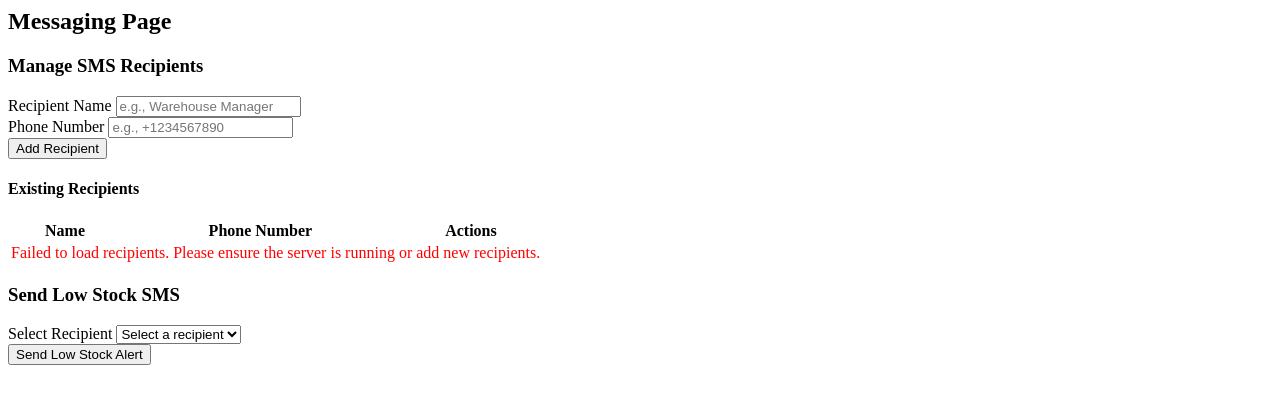
Repository: AdrianLeAsian/InventorySystem
Page: http://localhost/pages/messaging.php
These files come from the project's save history. The page is drawn as it stood at one moment and after the next save; the edit follows.
The browser window is 1280 px wide. The pictures show the whole page.
The page is run by PHP 8.4 with error messages shown; the project is at /var/www/html/.

Above is the page before, as saved 2025-07-16 12:00:50.

### pages/messaging.php
<div class="page">
    <div class="card">
        <div class="card__header">
            <h2 class="card__title">Messaging Page</h2>
        </div>
        <div class="card__body">
            <div class="card mb-4">
                <div class="card__header">
                    <h3 class="card__title">Manage SMS Recipients</h3>
                </div>
                <div class="card__body">
                    <form class="form" id="addRecipientForm">
                        <div class="form__row">
                            <div class="form__group col-6">
                                <label class="form__label" for="newRecipientName">Recipient Name</label>
                                <input type="text" id="newRecipientName" class="form__input" placeholder="e.g., Warehouse Manager" required>
                            </div>
                            <div class="form__group col-6">
                                <label class="form__label" for="newRecipientPhoneNumber">Phone Number</label>
                                <input type="tel" id="newRecipientPhoneNumber" class="form__input" placeholder="e.g., +1234567890" pattern="^\+?[0-9]{10,15}$" required>
                            </div>
                        </div>
                        <div class="d-flex justify-content-end mt-3">
                            <button type="submit" class="btn btn--primary">Add Recipient</button>
                        </div>
                    </form>
                    <div id="addRecipientStatusMessage" class="mt-3" style="display: none;"></div>

                    <h4 class="mt-4">Existing Recipients</h4>
                    <div class="table-responsive">
                        <table class="table table--striped">
                            <thead>
                                <tr>
                                    <th>Name</th>
                                    <th>Phone Number</th>
                                    <th>Actions</th>
                                </tr>
                            </thead>
                            <tbody id="recipientsTableBody">
                                <!-- Recipients will be loaded here by JavaScript -->
                            </tbody>
                        </table>
                    </div>
                </div>
            </div>

            <div class="card">
                <div class="card__header">
                    <h3 class="card__title">Send Low Stock SMS</h3>
                </div>
                <div class="card__body">
                    <div class="form__group">
                        <label class="form__label" for="smsRecipientSelect">Select Recipient</label>
                        <select id="smsRecipientSelect" class="form__input" required>
                            <option value="">Select a recipient</option>
                            <!-- Options will be loaded here by JavaScript -->
                        </select>
                    </div>
                    <div class="d-flex justify-content-end mt-4">
                        <button type="button" id="sendLowStockSmsBtn" class="btn btn--primary">Send Low Stock Alert</button>
                    </div>
                    <div id="smsStatusMessage" class="mt-3" style="display: none;"></div>
                </div>
            </div>
        </div>
    </div>
</div>
<script src="js/messaging.js"></script>

### js/messaging.js
document.addEventListener('DOMContentLoaded', function() {
    // Elements for SMS Sending
    const sendLowStockSmsBtn = document.getElementById('sendLowStockSmsBtn');
    const smsRecipientSelect = document.getElementById('smsRecipientSelect');
    const smsStatusMessageDiv = document.getElementById('smsStatusMessage');

    // Elements for Recipient Management
    const addRecipientForm = document.getElementById('addRecipientForm');
    const newRecipientNameInput = document.getElementById('newRecipientName');
    const newRecipientPhoneNumberInput = document.getElementById('newRecipientPhoneNumber');
    const addRecipientStatusMessageDiv = document.getElementById('addRecipientStatusMessage');
    const recipientsTableBody = document.getElementById('recipientsTableBody');

    // --- SMS Sending Logic ---
    if (sendLowStockSmsBtn) {
        sendLowStockSmsBtn.addEventListener('click', function() {
            const recipientId = smsRecipientSelect.value;

            if (!recipientId) {
                displayStatusMessage(smsStatusMessageDiv, 'Please select a recipient.', 'error');
                return;
            }

            displayStatusMessage(smsStatusMessageDiv, 'Sending SMS...', 'info');
            sendLowStockSmsBtn.disabled = true;

            fetch('ajax/send_low_stock_sms.php', {
                method: 'POST',
                headers: {
                    'Content-Type': 'application/x-www-form-urlencoded',
                },
                body: 'recipient_id=' + encodeURIComponent(recipientId)
            })
            .then(response => response.json())
            .then(data => {
                if (data.success) {
                    displayStatusMessage(smsStatusMessageDiv, data.message, 'success');
                } else {
                    displayStatusMessage(smsStatusMessageDiv, data.message, 'error');
                }
            })
            .catch(error => {
                console.error('Error:', error);
                displayStatusMessage(smsStatusMessageDiv, 'An error occurred while sending the SMS.', 'error');
            })
            .finally(() => {
                sendLowStockSmsBtn.disabled = false;
            });
        });
    }

    // --- Recipient Management Logic ---
    if (addRecipientForm) {
        addRecipientForm.addEventListener('submit', function(event) {
            event.preventDefault(); // Prevent default form submission

            const name = newRecipientNameInput.value.trim();
            const phoneNumber = newRecipientPhoneNumberInput.value.trim();

            if (!name || !phoneNumber) {
                displayStatusMessage(addRecipientStatusMessageDiv, 'Both name and phone number are required.', 'error');
                return;
            }
            if (!/^\+?[0-9]{10,15}$/.test(phoneNumber)) {
                displayStatusMessage(addRecipientStatusMessageDiv, 'Invalid phone number format. Please include country code (e.g., +1234567890).', 'error');
                return;
            }

            displayStatusMessage(addRecipientStatusMessageDiv, 'Adding recipient...', 'info');

            fetch('ajax/add_sms_recipient.php', {
                method: 'POST',
                headers: {
                    'Content-Type': 'application/x-www-form-urlencoded',
                },
                body: 'name=' + encodeURIComponent(name) + '&phone_number=' + encodeURIComponent(phoneNumber)
            })
            .then(response => response.json())
            .then(data => {
                if (data.success) {
                    displayStatusMessage(addRecipientStatusMessageDiv, data.message, 'success');
                    newRecipientNameInput.value = ''; // Clear form
                    newRecipientPhoneNumberInput.value = '';
                    loadRecipients(); // Reload recipients list
                } else {
                    displayStatusMessage(addRecipientStatusMessageDiv, data.message, 'error');
                }
            })
            .catch(error => {
                console.error('Error:', error);
                displayStatusMessage(addRecipientStatusMessageDiv, 'An error occurred while adding the recipient.', 'error');
            });
        });
    }

    // Delegate event listener for delete buttons
    if (recipientsTableBody) {
        recipientsTableBody.addEventListener('click', function(event) {
            if (event.target.classList.contains('delete-recipient-btn')) {
                const recipientId = event.target.dataset.id;
                if (confirm('Are you sure you want to delete this recipient?')) {
                    deleteRecipient(recipientId);
                }
            }
        });
    }

    function loadRecipients() {
        fetch('ajax/get_sms_recipients.php')
            .then(response => response.json())
            .then(data => {
                recipientsTableBody.innerHTML = ''; // Clear current table
                smsRecipientSelect.innerHTML = '<option value="">Select a recipient</option>'; // Clear current dropdown

                if (data.success && data.recipients.length > 0) {
                    data.recipients.forEach(recipient => {
                        // Populate table
                        const row = recipientsTableBody.insertRow();
                        row.innerHTML = `
                            <td>${recipient.name}</td>
                            <td>${recipient.phone_number}</td>
                            <td><button class="btn btn--danger btn--sm delete-recipient-btn" data-id="${recipient.id}">Delete</button></td>
                        `;

                        // Populate dropdown
                        const option = document.createElement('option');
                        option.value = recipient.id;
                        option.textContent = `${recipient.name} (${recipient.phone_number})`;
                        smsRecipientSelect.appendChild(option);
                    });
                } else {
                    recipientsTableBody.innerHTML = '<tr><td colspan="3">No recipients found.</td></tr>';
                }
            })
            .catch(error => {
                console.error('Error loading recipients:', error);
                recipientsTableBody.innerHTML = '<tr><td colspan="3" style="color: red;">Failed to load recipients. Please ensure the server is running or add new recipients.</td></tr>';
            });
    }

    function deleteRecipient(id) {
        fetch('ajax/delete_sms_recipient.php', {
            method: 'POST',
            headers: {
                'Content-Type': 'application/x-www-form-urlencoded',
            },
            body: 'id=' + encodeURIComponent(id)
        })
        .then(response => response.json())
        .then(data => {
            if (data.success) {
                displayStatusMessage(addRecipientStatusMessageDiv, data.message, 'success');
                loadRecipients(); // Reload recipients list
            } else {
                displayStatusMessage(addRecipientStatusMessageDiv, data.message, 'error');
            }
        })
        .catch(error => {
            console.error('Error deleting recipient:', error);
            displayStatusMessage(addRecipientStatusMessageDiv, 'An error occurred while deleting the recipient.', 'error');
        });
    }

    // --- Utility Function for Status Messages ---
    function displayStatusMessage(element, message, type) {
        element.textContent = message;
        element.style.display = 'block';
        element.style.color = ''; // Reset color
        element.style.backgroundColor = ''; // Reset background
        element.style.padding = '10px';
        element.style.border = '1px solid';
        element.style.borderRadius = '5px';

        if (type === 'success') {
            element.style.color = 'green';
            element.style.backgroundColor = '#e6ffe6';
            element.style.borderColor = 'green';
        } else if (type === 'error') {
            element.style.color = 'red';
            element.style.backgroundColor = '#ffe6e6';
            element.style.borderColor = 'red';
        } else if (type === 'info') {
            element.style.color = 'blue';
            element.style.backgroundColor = '#e6f2ff';
            element.style.borderColor = 'blue';
        }
    }

    // Initial load of recipients when the page loads
    loadRecipients();
});

### ajax/get_sms_recipients.php
<?php
/**
 * get_sms_recipients.php
 *
 * This script handles the AJAX request for fetching all SMS recipients
 * from the `sms_recipients` table. It returns a JSON array of recipients.
 */

// Disable display errors and set error reporting for production environment
ini_set('display_errors', 0);
error_reporting(E_ALL & ~E_NOTICE & ~E_WARNING);

// Include the database configuration file
require_once '../config/db.php';

// Set the content type to JSON for the response
header('Content-Type: application/json');

// Initialize the response array
$response = ['success' => false, 'message' => '', 'recipients' => []];

// Check if the request method is GET
if ($_SERVER['REQUEST_METHOD'] === 'GET') {
    // Prepare a select statement
    $sql = "SELECT id, name, phone_number FROM sms_recipients ORDER BY name ASC";
    if ($result = mysqli_query($conn, $sql)) {
        if (mysqli_num_rows($result) > 0) {
            while ($row = mysqli_fetch_assoc($result)) {
                $response['recipients'][] = [
                    'id' => $row['id'],
                    'name' => htmlspecialchars($row['name']),
                    'phone_number' => htmlspecialchars($row['phone_number'])
                ];
            }
            $response['success'] = true;
        } else {
            $response['message'] = 'No recipients found.';
            $response['success'] = true; // Still a success, just no data
        }
        mysqli_free_result($result);
    } else {
        $response['message'] = 'Database query failed: ' . mysqli_error($conn);
    }
} else {
    $response['message'] = 'Invalid request method.';
}

echo json_encode($response);
?>

After the next save:
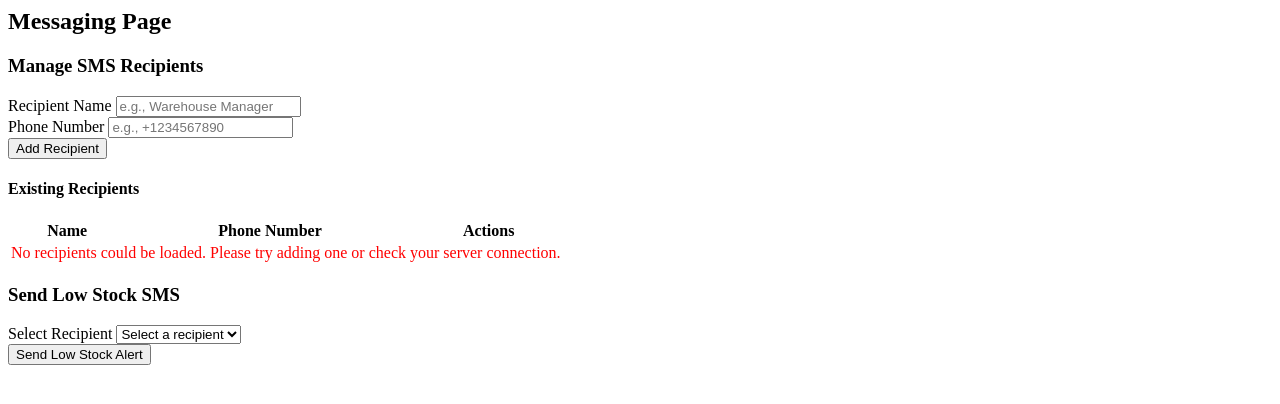
Saved 15 s later.
--- a/js/messaging.js
+++ b/js/messaging.js
@@ -134,7 +134,7 @@ document.addEventListener('DOMContentLoaded', function() {
             })
             .catch(error => {
                 console.error('Error loading recipients:', error);
-                recipientsTableBody.innerHTML = '<tr><td colspan="3" style="color: red;">Failed to load recipients. Please ensure the server is running or add new recipients.</td></tr>';
+                recipientsTableBody.innerHTML = '<tr><td colspan="3" style="color: red;">No recipients could be loaded. Please try adding one or check your server connection.</td></tr>';
             });
     }
 
